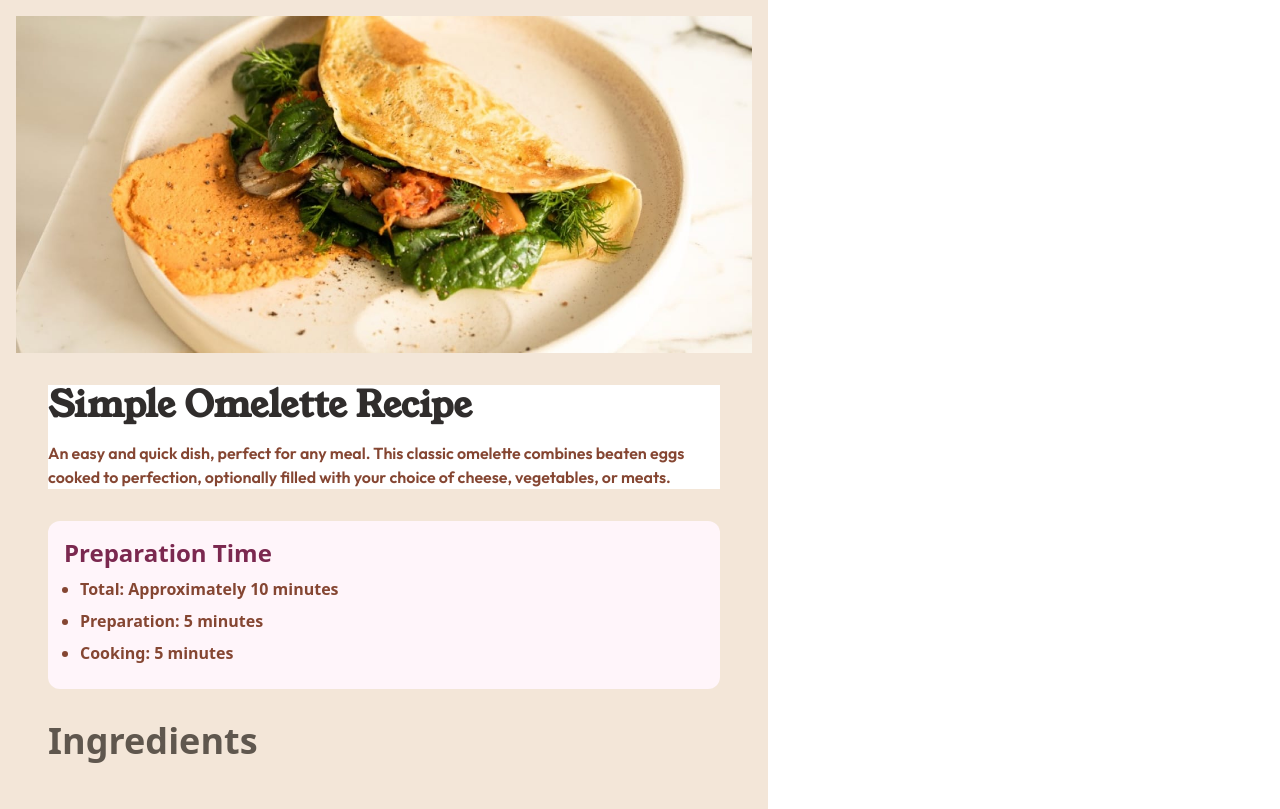
Repository: nivrii/recipe-page-main
Page: /
An editor plug-in stored every save of this project. The page is shown before and after the next save, followed by the edit.
The browser window is 1280 px wide. The pictures show the whole page.
The project was rebuilt for these pictures with package versions that can differ from the ones it lists, and the page was loaded fresh each time. Also part of the build but not shown: vite.config.js, src/index.css.

Above is the page before, as saved 2024-03-23 14:57:01.

### src/App.jsx
import "./App.css";
import omelette from "./assets/images/image-omelette.jpeg";

function App() {
  return (
    <div className="container flex flex-col md:p-4 md:bg-eggshell w-screen min-h-max">
      <div>
        <img src={omelette} alt="omelette" className="w-screen md:w-auto" />
      </div>
      <div className="bg-white m-8">
        <h1 className="text-left text-darkCharcoal text-4xl font-bold font-young">
          Simple Omelette Recipe
        </h1>
        <p className="text-left font-outfit text-nutmeg mt-4 font-semibold">
          An easy and quick dish, perfect for any meal. This classic omelette
          combines beaten eggs cooked to perfection, optionally filled with your
          choice of cheese, vegetables, or meats.
        </p>
      </div>
      <div className="bg-roseWhite p-4 mx-8 rounded-xl">
        <h1 className="text-left text-darkRaspberry text-2xl font-bold">
          Preparation Time
        </h1>
        <ul className="list-disc px-4">
          <li className="text-nutmeg font-semibold my-2">
            <span className="font-extrabold">Total:</span> Approximately 10
            minutes
          </li>
          <li className="text-nutmeg font-semibold my-2">
            <span className="font-extrabold">Preparation:</span> 5 minutes
          </li>
          <li className="text-nutmeg font-semibold my-2">
            <span className="font-extrabold">Cooking:</span> 5 minutes
          </li>
        </ul>
      </div>
      <div className="m-8">
        <h1 className="text-left text-wengeBrown text-4xl font-bold">Ingredients</h1>
      </div>
    </div>
  );
}

export default App;

### src/App.css
@import url("https://fonts.googleapis.com/css2?family=Young+Serif&display=swap");

@import url("https://fonts.googleapis.com/css2?family=Outfit:wght@100..900&display=swap");

@import "tailwindcss/base";
@import "tailwindcss/components";
@import "tailwindcss/utilities";

### tailwind.config.js
/** @type {import('tailwindcss').Config} */
export default {
  content: ["./index.html", "./src/**/*.{js,ts,jsx,tsx}"],
  theme: {
    screens: {
      'sm': '375px',
      'md': '768px',
      'lg': '1440px',
      'xl': '1920px',
    },
    extend: {
      fontFamily: {
        outfit: ["Outfit", "sans-serif"],
        young: ["Young Serif", "serif"],
      },
      colors: {
        roseWhite: "hsl(330, 100%, 98%)",
        white: "hsl(0, 0%, 100%)",
        eggshell: "hsl(30, 54%, 90%)",
        lightGrey: "hsl(30, 18%, 87%)",
        wengeBrown: "hsl(30, 10%, 34%)",
        darkCharcoal: "hsl(24, 5%, 18%)",
        nutmeg: "hsl(14, 45%, 36%)",
        darkRaspberry: "hsl(332, 51%, 32%)",
      },
    },
  },
  plugins: [],
};

Loaded but not shown: index.html (common file); src/main.jsx (common file)

After the next save:
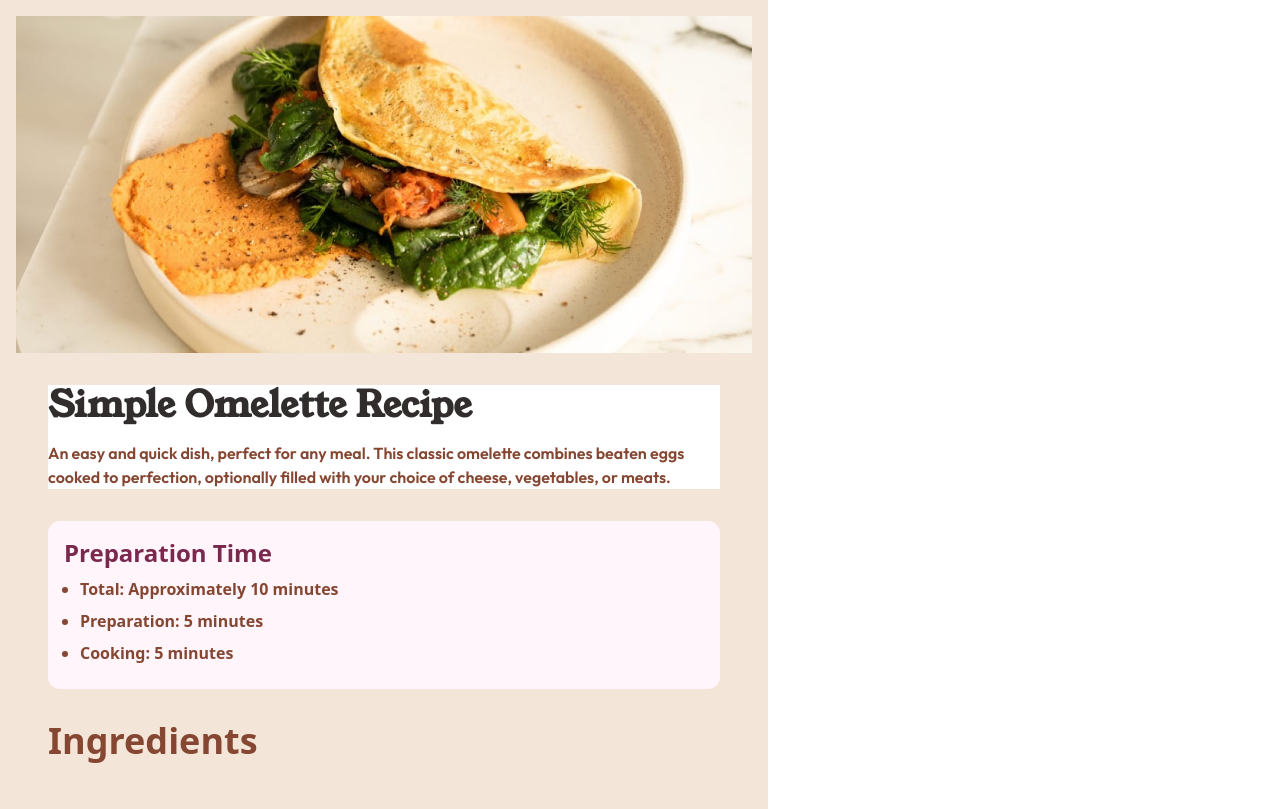
Saved 16 s later.
--- a/src/App.jsx
+++ b/src/App.jsx
@@ -35,7 +35,7 @@ function App() {
         </ul>
       </div>
       <div className="m-8">
-        <h1 className="text-left text-wengeBrown text-4xl font-bold">Ingredients</h1>
+        <h1 className="text-left text-nutmeg text-4xl font-bold">Ingredients</h1>
       </div>
     </div>
   );
